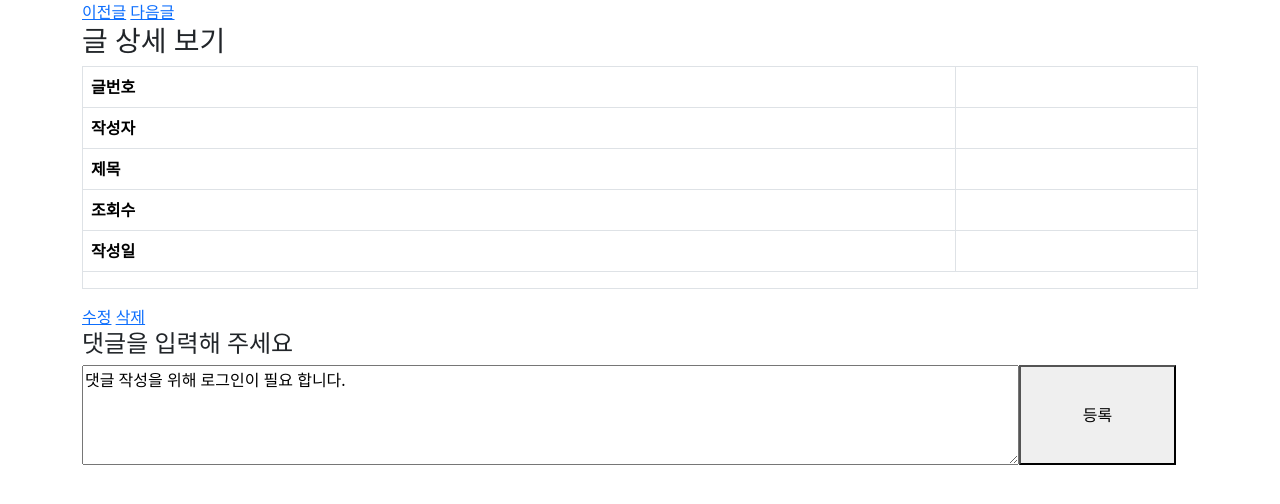
Repository: yeonjinju/spring_project
Page: http://localhost/spring_myboard/WEB-INF/views/board/detail.jsp
The author's editor kept a copy of each file at every save. The page is drawn from the files as they stood at one save, then again after the next save.
The browser window is 1280 px wide. The pictures show the whole page.
The page is served by Tomcat 9. Nobody is signed in. Other server files are loaded and not shown. The template is opened directly, without the code that normally fills it, so the values that code supplies are empty.

Above is the page before, as saved 2023-07-09 14:10:01.
Console error: SyntaxError: Unexpected token ';'

### spring_myboard/src/main/webapp/WEB-INF/views/board/detail.jsp
<%@ page language="java" contentType="text/html; charset=UTF-8"
    pageEncoding="UTF-8"%>
<%@taglib uri="http://java.sun.com/jsp/jstl/core" prefix="c" %>
<!DOCTYPE html>
<html>
<head>
<meta charset="UTF-8">
<title>/views/cafe/detail.jsp</title>
<link rel="stylesheet" href="https://cdn.jsdelivr.net/npm/bootstrap@5.3.0-alpha3/dist/css/bootstrap.min.css" />
<link rel="stylesheet" href="https://cdnjs.cloudflare.com/ajax/libs/animate.css/4.1.1/animate.min.css"/>
<style>
	.content{
		border: 1px dotted gray;
	}

	/* 댓글 프로필 이미지를 작은 원형으로 만든다. */
	.profile-image{
		width: 50px;
		height: 50px;
		border: 1px solid #cecece;
		border-radius: 50%;
	}
	/* ul 요소의 기본 스타일 제거 */
	.comments ul{
		padding: 0;
		margin: 0;
		list-style-type: none;
	}
	.comments dt{
		margin-top: 5px;
	}
	.comments dd{
		margin-left: 50px;
	}
	.comment-form textarea, .comment-form button{
		float: left;
	}
	.comments li{
		clear: left;
	}
	.comments ul li{
		border-top: 1px solid #888;
	}
	.comment-form textarea{
		width: 84%;
		height: 100px;
	}
	.comment-form button{
		width: 14%;
		height: 100px;
	}
	/* 댓글에 댓글을 다는 폼과 수정폼은 일단 숨긴다. */
	.comments .comment-form{
		display: none;
	}
	/* .reply_icon 을 li 요소를 기준으로 배치 하기 */
	.comments li{
		position: relative;
	}
	.comments .reply-icon{
		position: absolute;
		top: 1em;
		left: 1em;
		color: red;
	}
	pre {
	  display: block;
	  padding: 9.5px;
	  margin: 0 0 10px;
	  font-size: 13px;
	  line-height: 1.42857143;
	  color: #333333;
	  word-break: break-all;
	  word-wrap: break-word;
	  background-color: #f5f5f5;
	  border: 1px solid #ccc;
	  border-radius: 4px;
	}

	.loader{
		/* 로딩 이미지를 가운데 정렬하기 위해 */
		text-align: center;
		/* 일단 숨겨 놓기 */
		display: none;
	}

	.loader svg{
		animation: rotateAni 1s ease-out infinite;
	}

	@keyframes rotateAni{
		0%{
			transform: rotate(0deg);
		}
		100%{
			transform: rotate(360deg);
		}
	}
</style>
</head>
</head>
<body>
	<div class="container">

		<%-- 만일 이전글(더 옛날글)의 글번호가 0 가 아니라면(이전글이 존재 한다면) --%>
		<c:if test="${dto.prevNum ne 0}">
			<a href="detail?num=${dto.prevNum }&condition=${condition}&keyword=${encodedK}">이전글</a>
		</c:if>

		<%-- 만일 다음글(더 최신글)의 글번호가 0 가 아니라면(다음글이 존재 한다면) --%>
		<c:if test="${dto.nextNum ne 0 }">
			<a href="detail?num=${dto.nextNum }&condition=${condition}&keyword=${encodedK}">다음글</a>
		</c:if>

		<%-- 만일 검색 키워드가 있다면 --%>
		<c:if test="${not empty keyword }">
			<p>
				<strong>${condition }</strong> 조건
				<strong>${keyword }</strong> 검색어로 검색된 내용 자세히 보기
			</p>
		</c:if>
		<h3>글 상세 보기</h3>
		<table class="table table-bordered animate__animated animate__bounceInDown">
			<tr>
				<th>글번호</th>
				<td>${dto.num }</td>
			</tr>
			<tr>
				<th>작성자</th>
				<td>${dto.writer }</td>
			</tr>
			<tr>
				<th>제목</th>
				<td>${dto.title }</td>
			</tr>
			<tr>
				<th>조회수</th>
				<td>${dto.viewCount }</td>
			</tr>
			<tr>
				<th>작성일</th>
				<td>${dto.regdate }</td>
			</tr>
			<tr>
				<td colspan="2">
					<div>${dto.content }</div>
				</td>
			</tr>
		</table>
		<%-- 로그인된 아이디와 글의 작성자가 같으면 수정, 삭제 링크를 제공한다 --%>
		<c:if test="${sessionScope.id eq dto.writer }">
			<a href="updateform?num=${dto.num }">수정</a>
			<a href="javascript:" onclick="deleteConfirm()">삭제</a>
			<script>
				function deleteConfirm(){
					const isDelete=confirm("이 글을 삭제 하겠습니까?");
					if(isDelete){
						location.href="delete?num=${dto.num}";
					}
				}
			</script>
		</c:if>

		<h4>댓글을 입력해 주세요</h4>
		<!-- 원글에 댓글을 작성할 폼 -->
		<form class="comment-form insert-form" action="comment_insert" method="post">
			<!-- 원글의 글번호가 댓글의 ref_group 번호가 된다. -->
			<input type="hidden" name="ref_group" value="${dto.num }"/>
			<!-- 원글의 작성자가 댓글의 대상자가 된다. -->
			<input type="hidden" name="target_id" value="${dto.writer }"/>

			<textarea name="content">${empty id ? '댓글 작성을 위해 로그인이 필요 합니다.' : '' }</textarea>
			<button type="submit">등록</button>
		</form>

		<!-- 댓글 목록 -->
		<div class="comments">
			<ul>
				<c:forEach var="tmp" items="${commentList }">
					<c:choose>
						<c:when test="${tmp.deleted eq 'yes' }">
							<li>삭제된 댓글 입니다.</li>
						</c:when>
						<c:otherwise>
							<c:if test="${tmp.num eq tmp.comment_group }">
								<li id="reli${tmp.num }">
							</c:if>
							<c:if test="${tmp.num ne tmp.comment_group }">
								<li id="reli${tmp.num }" style="padding-left:50px;">
									<svg class="reply-icon" xmlns="http://www.w3.org/2000/svg" width="16" height="16" fill="currentColor" class="bi bi-arrow-return-right" viewBox="0 0 16 16">
			  							<path fill-rule="evenodd" d="M1.5 1.5A.5.5 0 0 0 1 2v4.8a2.5 2.5 0 0 0 2.5 2.5h9.793l-3.347 3.346a.5.5 0 0 0 .708.708l4.2-4.2a.5.5 0 0 0 0-.708l-4-4a.5.5 0 0 0-.708.708L13.293 8.3H3.5A1.5 1.5 0 0 1 2 6.8V2a.5.5 0 0 0-.5-.5z"/>
									</svg>
							</c:if>
									<dl>
										<dt>
											<c:if test="${ empty tmp.profile }">
												<svg class="profile-image" xmlns="http://www.w3.org/2000/svg" width="16" height="16" fill="currentColor" class="bi bi-person-circle" viewBox="0 0 16 16">
												  <path d="M11 6a3 3 0 1 1-6 0 3 3 0 0 1 6 0z"/>
												  <path fill-rule="evenodd" d="M0 8a8 8 0 1 1 16 0A8 8 0 0 1 0 8zm8-7a7 7 0 0 0-5.468 11.37C3.242 11.226 4.805 10 8 10s4.757 1.225 5.468 2.37A7 7 0 0 0 8 1z"/>
												</svg>
											</c:if>
											<c:if test="${not empty tmp.profile }">
												<img class="profile-image" src="${pageContext.request.contextPath}${tmp.profile }"/>
											</c:if>
											<span>${tmp.writer }</span>
											<c:if test="${tmp.num ne tmp.comment_group }">
												@<i>${tmp.target_id }</i>
											</c:if>
											<span>${tmp.regdate }</span>
											<a data-num="${tmp.num }" href="javascript:" class="reply-link">답글</a>
											<c:if test="${ (id ne null) and (tmp.writer eq id) }">
												<a data-num="${tmp.num }" class="update-link" href="javascript:">수정</a>
												<a data-num="${tmp.num }" class="delete-link" href="javascript:">삭제</a>
											</c:if>
										</dt>
										<dd>
											<pre id="pre${tmp.num }">${tmp.content }</pre>
										</dd>
									</dl>
									<form id="reForm${tmp.num }" class="animate__animated comment-form re-insert-form" action="comment_insert" method="post">
										<input type="hidden" name="ref_group" value="${dto.num }"/>
										<input type="hidden" name="target_id" value="${tmp.writer }"/>
										<input type="hidden" name="comment_group" value="${tmp.comment_group }"/>
										<textarea name="content"></textarea>
										<button type="submit">등록</button>
									</form>
								<c:if test="${tmp.writer eq id }">
									<form id="updateForm${tmp.num }" class="comment-form update-form" action="comment_update" method="post">
										<input type="hidden" name="num" value="${tmp.num }" />
										<textarea name="content">${tmp.content }</textarea>
										<button type="submit">수정</button>
									</form>
								</c:if>
								</li>
						</c:otherwise>
					</c:choose>
				</c:forEach>
			</ul>
		</div>
		<div class="loader">
			<svg xmlns="http://www.w3.org/2000/svg" width="100" height="100" fill="currentColor" class="bi bi-arrow-clockwise" viewBox="0 0 16 16">
				  <path fill-rule="evenodd" d="M8 3a5 5 0 1 0 4.546 2.914.5.5 0 0 1 .908-.417A6 6 0 1 1 8 2v1z"/>
				  <path d="M8 4.466V.534a.25.25 0 0 1 .41-.192l2.36 1.966c.12.1.12.284 0 .384L8.41 4.658A.25.25 0 0 1 8 4.466z"/>
			</svg>
		</div>
	</div>
	<script src="${pageContext.request.contextPath}/resources/js/gura_util.js"></script>
	<script>

		// 클라이언트가 로그인 했는지 여부
		let isLogin=${ not empty id };

		document.querySelector(".insert-form")
			.addEventListener("submit", function(e){
				// 만일 로그인 하지 않았으면
				if(!isLogin){
					// 폼 전송을 막고
					e.preventDefault();
					// 로그인 폼으로 이동 시킨다.
					location.href=
						"${pageContext.request.contextPath}/users/loginform?url=${pageContext.request.contextPath}/cafe/detail?num=${dto.num}";
				}
			});

		/*
			detail
	 		페이지 로딩 시점에 만들어진 1 페이지에 해당하는
			댓글에 이벤트 리스너 등록 하기
		*/
		addUpdateFormListener(".update-form");
		addUpdateListener(".update-link");
		addDeleteListener(".delete-link");
		addReplyListener(".reply-link");


		// 댓글의 현재 페이지 번호를 관리할 변수를 만들고 초기값 1 대입하기
		let currentPage=1;
		// 마지막 페이지는 totalPageCount 이다.
		let lastPage=${totalPageCount};

		// 추가로 댓글을 요청하고 그 작업이 끝났는지 여부를 관리할 변수
		let isLoading=false; //현재 로딩중인지 여부

		/*
			window.scrollY => 위쪽으로 스크롤된 길이
			window.innerHeight => 웹브라우저의 창의 높이
			document.body.offsetHeight => body 의 높이 (문서객체가 차지하는 높이)
		*/
		window.addEventListener("scroll", function(){
			// 바닥 까지 스크롤 했는지 여부
			const isBottom =
				window.innerHeight + window.scrollY  >= document.body.offsetHeight;
			// 현재 페이지가 마지막 페이지인지 여부 알아내기
			let isLast = currentPage == lastPage;
			// 현재 바닥까지 스크롤 했고 로딩중이 아니고 현재 페이지가 마지막이 아니라면
			if(isBottom && !isLoading && !isLast){
				// 로딩바 띄우기
				document.querySelector(".loader").style.display="block";

				// 로딩 작업중이라고 표시
				isLoading=true;

				// 현재 댓글 페이지를 1 증가 시키고
				currentPage++;

				/*
					해당 페이지의 내용을 ajax 요청을 통해서 받아온다.
					"pageNum=xxx&num=xxx" 형식으로 GET 방식 파라미터를 전달한다.
				*/
				ajaxPromise("ajax_comment_list","get",
						"pageNum="+currentPage+"&num=${dto.num}")
				.then(function(response){
					//json 이 아닌 html 문자열을 응답받았기 때문에  return response.text() 해준다.
					return response.text();
				})
				.then(function(data){
					// data 는 html 형식의 문자열이다.
					console.log(data);
					// beforebegin | afterbegin | beforeend | afterend
					document.querySelector(".comments ul")
						.insertAdjacentHTML("beforeend", data);
					// 로딩이 끝났다고 표시한다.
					isLoading=false;
					// 새로 추가된 댓글 li 요소 안에 있는 a 요소를 찾아서 이벤트 리스너 등록 하기
					addUpdateListener(".page-"+currentPage+" .update-link");
					addDeleteListener(".page-"+currentPage+" .delete-link");
					addReplyListener(".page-"+currentPage+" .reply-link");
					// 새로 추가된 댓글 li 요소 안에 있는 댓글 수정폼에 이벤트 리스너 등록하기
					addUpdateFormListener(".page-"+currentPage+" .update-form");

					// 로딩바 숨기기
					document.querySelector(".loader").style.display="none";
				});
			}
		});

		// 인자로 전달되는 선택자를 이용해서 이벤트 리스너를 등록하는 함수
		function addUpdateListener(sel){
			// 댓글 수정 링크의 참조값을 배열에 담아오기
			// sel 은  ".page-xxx  .update-link" 형식의 내용이다
			let updateLinks=document.querySelectorAll(sel);
			for(let i=0; i<updateLinks.length; i++){
				updateLinks[i].addEventListener("click", function(){
					// click 이벤트가 일어난 바로 그 요소의 data-num 속성의 value 값을 읽어온다.
					const num=this.getAttribute("data-num"); // 댓글의 글번호
					// 숨겨진 댓글 수정폼을 보이도록 한다.
					document.querySelector("#updateForm"+num).style.display="block";
				});
			}
		}
		function addDeleteListener(sel){
			// 댓글 삭제 링크의 참조값을 배열에 담아오기
			let deleteLinks=document.querySelectorAll(sel);
			for(let i=0; i<deleteLinks.length; i++){
				deleteLinks[i].addEventListener("click", function(){
					// click 이벤트가 일어난 바로 그 요소의 data-num 속성의 value 값을 읽어온다.
					const num=this.getAttribute("data-num"); // 댓글의 글번호
					const isDelete=confirm("댓글을 삭제 하시겠습니까?");
					if(isDelete){
						// gura_util.js 에 있는 함수들 이용해서 ajax 요청
						ajaxPromise("comment_delete", "post", "num="+num)
						.then(function(response){
							return response.json();
						})
						.then(function(data){
							// 만일 삭제 성공이면
							if(data.isSuccess){
								// 댓글이 있는 곳에 삭제된 댓글입니다를 출력해 준다.
								document.querySelector("#reli"+num).innerText="삭제된 댓글입니다.";
							}
						});
					}
				});
			}
		}
		function addReplyListener(sel){
			// 댓글 링크의 참조값을 배열에 담아오기
			let replyLinks=document.querySelectorAll(sel);
			// 반복문 돌면서 모든 링크에 이벤트 리스너 함수 등록하기
			for(let i=0; i<replyLinks.length; i++){
				replyLinks[i].addEventListener("click", function(){

					if(!isLogin){
						const isMove=confirm("로그인이 필요 합니다. 로그인 페이지로 이동 하시겠습니까?");
						if(isMove){
							location.href=
								"${pageContext.request.contextPath}/users/loginform?url=${pageContext.request.contextPath}/cafe/detail?num=${dto.num}";
						}
						return;
					}

					// click 이벤트가 일어난 바로 그 요소의 data-num 속성의 value 값을 읽어온다.
					const num=this.getAttribute("data-num"); //댓글의 글번호

					const form=document.querySelector("#reForm"+num);

					// 현재 문자열을 읽어온다 ( "답글" or "취소" )
					let current = this.innerText;

					if(current == "답글"){
						// 번호를 이용해서 댓글의 댓글폼을 선택해서 보이게 한다.
						form.style.display="block";
						form.classList.add("animate__flash");
						this.innerText="취소";
						form.addEventListener("animationend", function(){
							form.classList.remove("animate__flash");
						}, {once:true});
					}else if(current == "취소"){
						form.classList.add("animate__fadeOut");
						this.innerText="답글";
						form.addEventListener("animationend", function(){
							form.classList.remove("animate__fadeOut");
							form.style.display="none";
						},{once:true});
					}
				});
			}
		}

		function addUpdateFormListener(sel){
			// 댓글 수정 폼의 참조값을 배열에 담아오기
			let updateForms=document.querySelectorAll(sel);
			for(let i=0; i<updateForms.length; i++){
				// 폼에 submit 이벤트가 일어 났을때 호출되는 함수 등록
				updateForms[i].addEventListener("submit", function(e){
					// submit 이벤트가 일어난 form 의 참조값을 form 이라는 변수에 담기
					const form=e.target;
					// 폼 제출을 막은 다음
					e.preventDefault();
					// 이벤트가 일어난 폼을 ajax 전송하도록 한다.
					ajaxFormPromise(form)
					.then(function(response){
						return response.json();
					})
					.then(function(data){
						if(data.isSuccess){
							/*
								document.querySelector() 는 html 문서 전체에서 특정 요소의 참조값을 찾는 기능

								특정문서의 참조값.querySelector() 는 해당 문서 객체의 자손 요소 중에서 특정 요소의 참조값을 찾는 기능
							*/
							const num=form.querySelector("input[name=num]").value;
							const content=form.querySelector("textarea[name=content]").value;
							// 수정폼에 입력한 value 값을 pre 요소에도 출력하기
							document.querySelector("#pre"+num).innerText=content;
							form.style.display="none";
						}
					});
				});
			}
		}
	</script>
</body>
</html>

### spring_myboard/src/main/webapp/resources/js/gura_util.js
// webapp/js/gura_util.js

/*
    ajaxPromise("요청url", "요청메소드", query string or object)
    와 같은 형식으로 사용하고
    Promise type 을 리턴해주는 함수
*/
function ajaxPromise(url, method, data){
    //만일 필요한 값이 전달 되지 않으면 기본값을 method 와 data 에 넣어준다.
    if(method == undefined || method == null){
        method="GET";
    }
    if(data == undefined || data == null){
        data={};
    }

    let queryString;
    if(typeof data == "string"){
        queryString=data;
    }else{
        queryString=toQueryString(data);
    }

    // Promise 객체를 담을 변수 만들기
    let promise;
    if(method=="GET" || method=="get"){//만일 GET 방식 전송이면
        //fetch() 함수를 호출하고 리턴되는 Promise 객체를 변수에 담는다.
        promise=fetch(url+"?"+queryString);
    }else if(method=="POST" || method=="post"){//만일 POST 방식 전송이면
        //fetch() 함수를 호출하고 리턴되는 Promise 객체를 변수에 담는다.
        promise=fetch(url,{
            method:"POST",
            headers:{"Content-Type":"application/x-www-form-urlencoded; charset=utf-8"},
            body:queryString
        });
    }
    return promise;
}

//함수의 인자로 ajax 전송할 폼의 참조값을 넣어주면 알아서 ajax 전송되도록 하는 함수
function ajaxFormPromise(form){

    const url=form.getAttribute("action");
    const method=form.getAttribute("method");

    // Promise 객체를 담을 변수 만들기
    let promise;
    //파일 업로드 폼인지 확인해서
    if(form.getAttribute("enctype") == "multipart/form-data"){
        //폼에 입력한 데이터를 FormData 에 담고
        let data=new FormData(form);
        // fetch() 함수가 리턴하는 Promise 객체를
        promise=fetch(url,{
            method:"post",
            body:data
        });
        return promise;//리턴해 준다 (여기서 함수가 종료 된다.)
    }

    const queryString=new URLSearchParams(new FormData(form)).toString();

    if(method=="GET" || method=="get"){//만일 GET 방식 전송이면
        //fetch() 함수를 호출하고 리턴되는 Promise 객체를 변수에 담는다.
        promise=fetch(url+"?"+queryString);
    }else if(method=="POST" || method=="post"){//만일 POST 방식 전송이면
        //fetch() 함수를 호출하고 리턴되는 Promise 객체를 변수에 담는다.
        promise=fetch(url,{
            method:"POST",
            headers:{"Content-Type":"application/x-www-form-urlencoded; charset=utf-8"},
            body:queryString
        });
    }
    return promise;
}

//함수의 인자로 요청 url 과 ajax 전송할 내용이 있는 input 요소의 참조값을 전달하면 ajax 전송해주는 함수
function ajaxInputPromise(url, input){
    const type=input.getAttribute("type");
    const name=input.getAttribute("name");

    let promise;
    if(type=="file"){ // input type="file" 인 경우

        let data=new FormData();
        data.append(name, input.files[0]);

        promise=fetch(url,{
            method:"post",
            body:data
        });
    }else{ //아닌경우

        //전송할 쿼리 문자열 구성
        const data=name+"="+encodeURIComponent(input.value);
        promise=fetch(url,{
            method:"POST",
            headers:{"Content-Type":"application/x-www-form-urlencoded; charset=utf-8"},
            body:data
        });
    }
    return promise;
}

//인자로 전달하는 object 를 이용해서 query  문자열을 만들어서 리턴해주는 함수
function toQueryString(obj){
    //빈배열을 일단 만든다.
    let arr=[];
    //반복문 돌면서 obj 에 있는 정보를 "key=value" 형태로 만들어서 배열에 저장한다.
    for(let key in obj){
        //value 는 인코딩도 해준다.
        let tmp=key+"="+encodeURIComponent(obj[key]);
        arr.push(tmp);
    }
    //query 문자열을 얻어낸다
    let queryString=arr.join("&");
    //결과를 리턴해준다.
    return queryString;
}

After the next save:
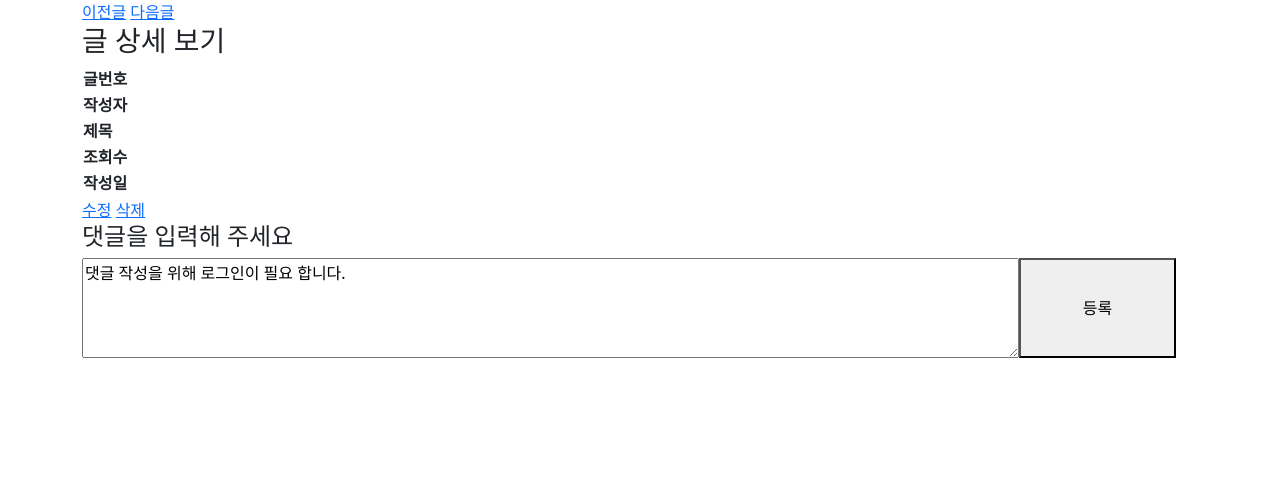
Saved 2 min 4 s later.
--- a/spring_myboard/src/main/webapp/WEB-INF/views/board/detail.jsp
+++ b/spring_myboard/src/main/webapp/WEB-INF/views/board/detail.jsp
@@ -120,7 +120,7 @@
 			</p>
 		</c:if>
 		<h3>글 상세 보기</h3>
-		<table class="table table-bordered animate__animated animate__bounceInDown">
+		<table class="board_list">
 			<tr>
 				<th>글번호</th>
 				<td>${dto.num }</td>
